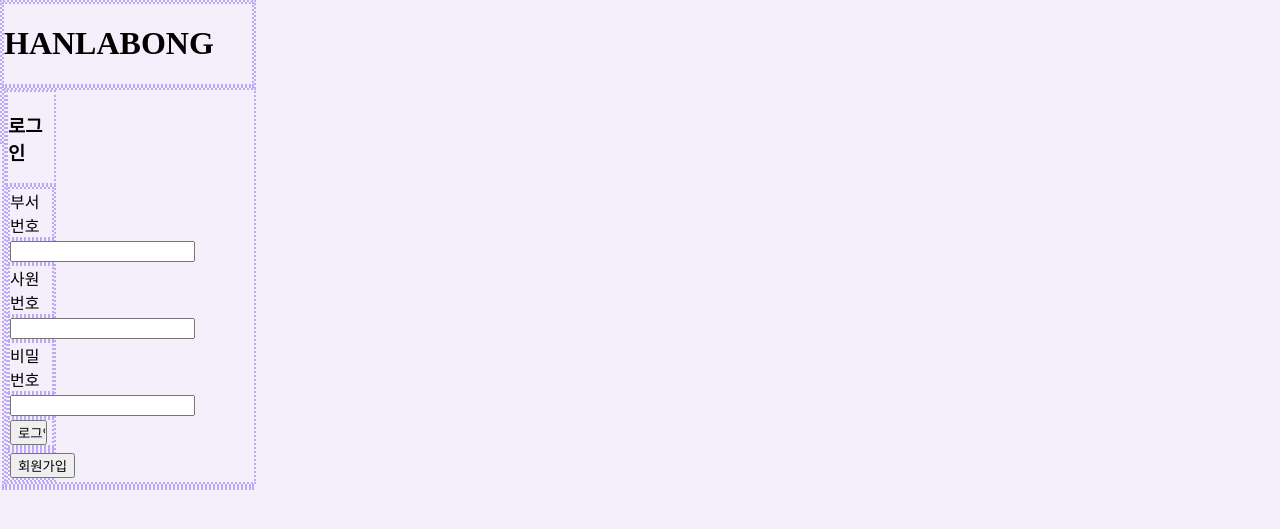
Repository: heyryoung/hanrabong
Page: http://localhost/hanrabong/facade.do
These files come from the project's save history. The page is drawn as it stood at one moment and after the next save; the edit follows.
The browser window is 1280 px wide. The pictures show the whole page.
The page is served by Tomcat 9.

Above is the page before, as saved 2019-10-07 03:56:02.
Console error: TypeError: service.join is not a function

After the next save:
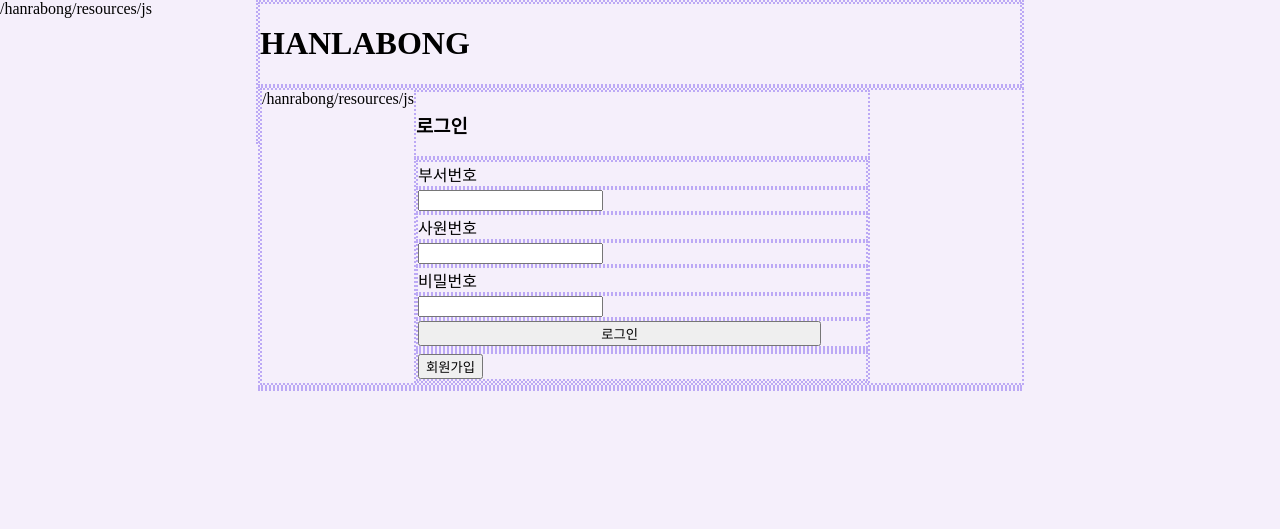
Saved 2 min 24 s later.
--- a/hanrabong/WebContent/WEB-INF/views/common/head.jsp
+++ b/hanrabong/WebContent/WEB-INF/views/common/head.jsp
@@ -10,3 +10,4 @@
 </head>
 <body>
 <div class="wrapper" >
+${js}
